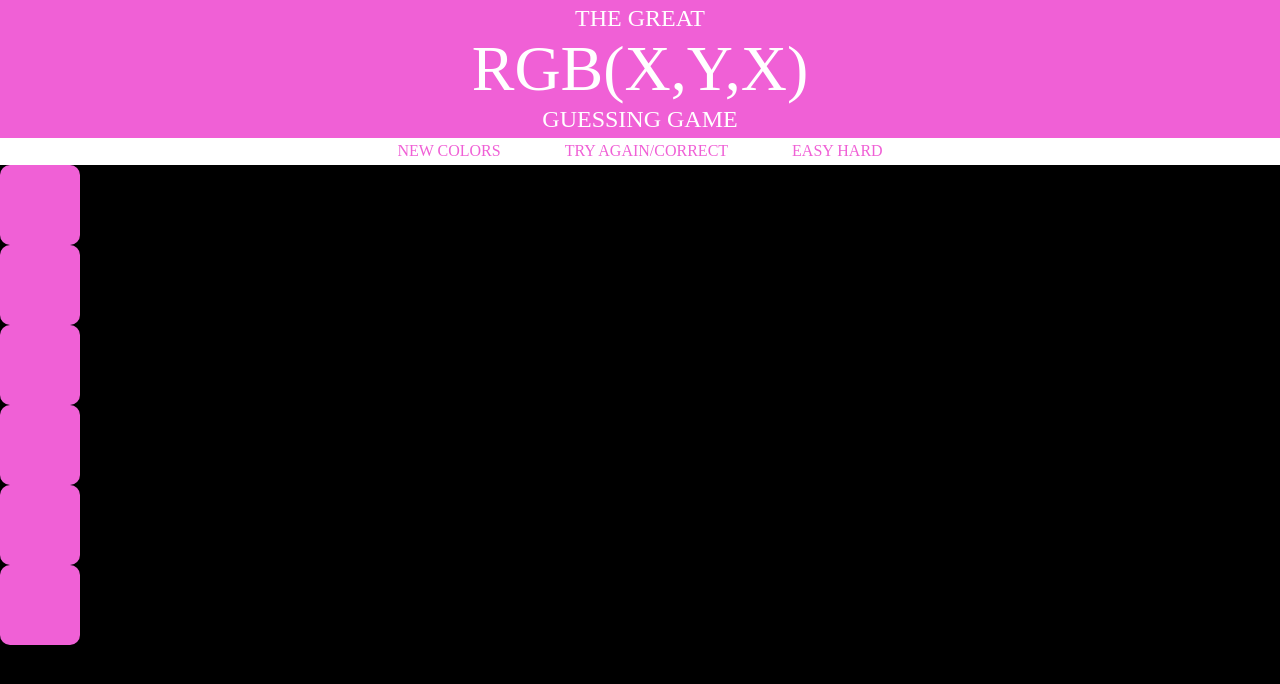
Repository: EEOOOO/javascript-projects
Page: rgbColorGameApp/index.html
These files come from the project's save history. The page is drawn as it stood at one moment and after the next save; the edit follows.
The browser window is 1280 px wide. The pictures show the whole page.

Above is the page before, as saved 2022-07-18 18:43:11.

After the next save:
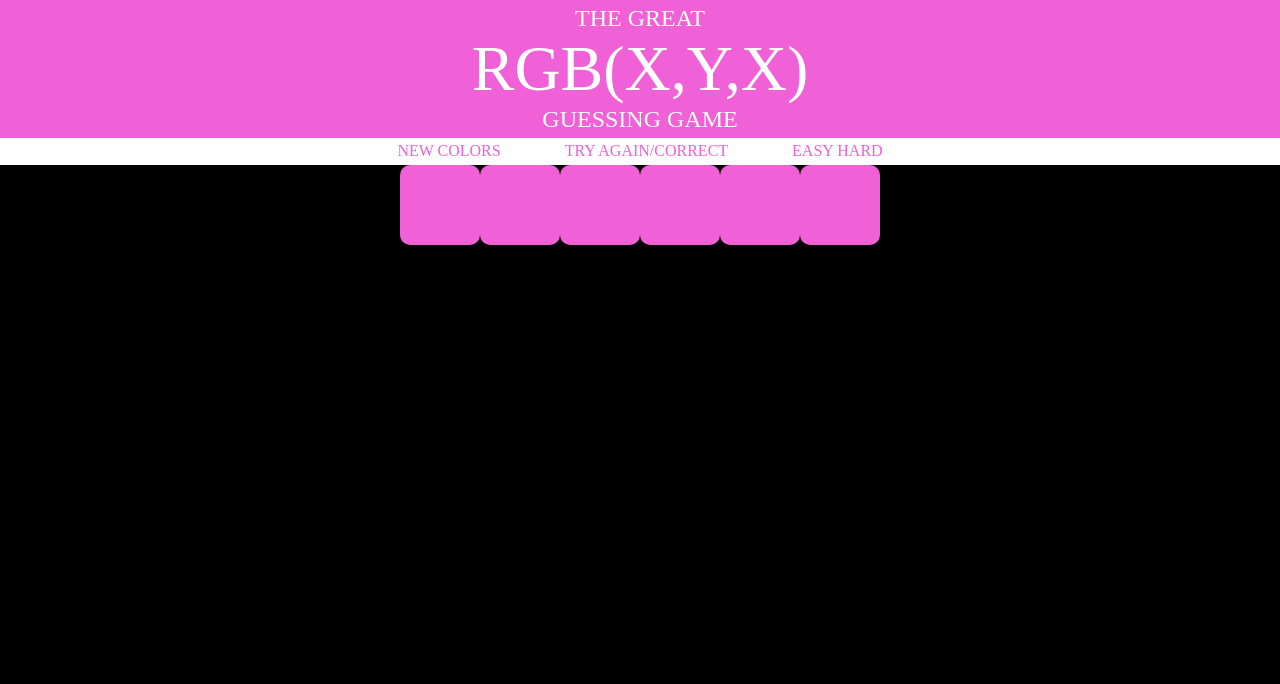
Saved 5 s later.
--- a/rgbColorGameApp/style.css
+++ b/rgbColorGameApp/style.css
@@ -38,12 +38,14 @@ header {
 .headerButtons li {
   margin: 0 2rem;
 }
+.boxes {
+  display: flex;
+  align-items: center;
+  justify-content: center;
+}
 .colorBox {
   background-color: var(--color-now);
   width: 5rem;
   height: 5rem;
   border-radius: 10px;
-  display: flex;
-  align-items: center;
-  justify-content: center;
 }
